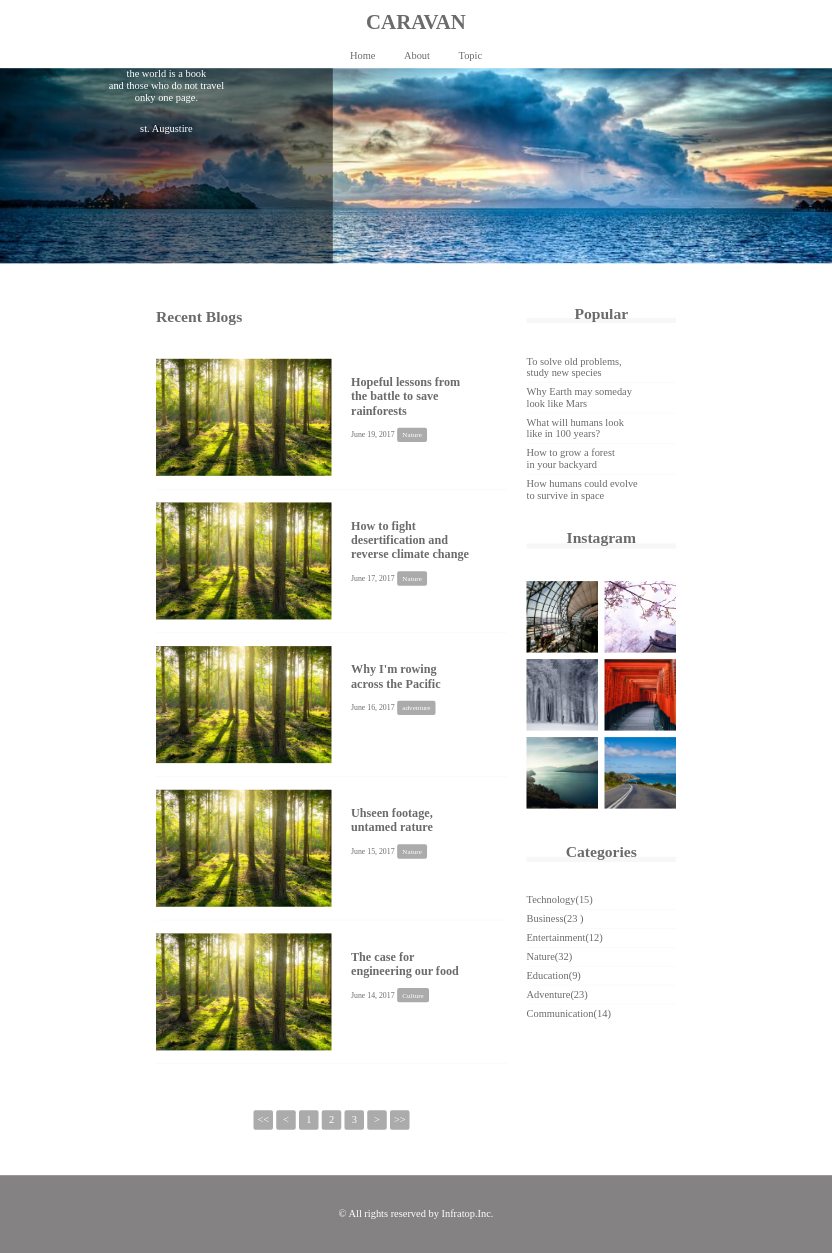
Repository: ishidaryu/ishidaryu
Page: caravan/index.html
The author's editor kept a record of every edit. The page is drawn from the files as they stood at one moment, then again after the next edit.
The browser window is 1280 px wide. The pictures show the whole page, at 65% of full size.

Above is the page before.

After the next edit:
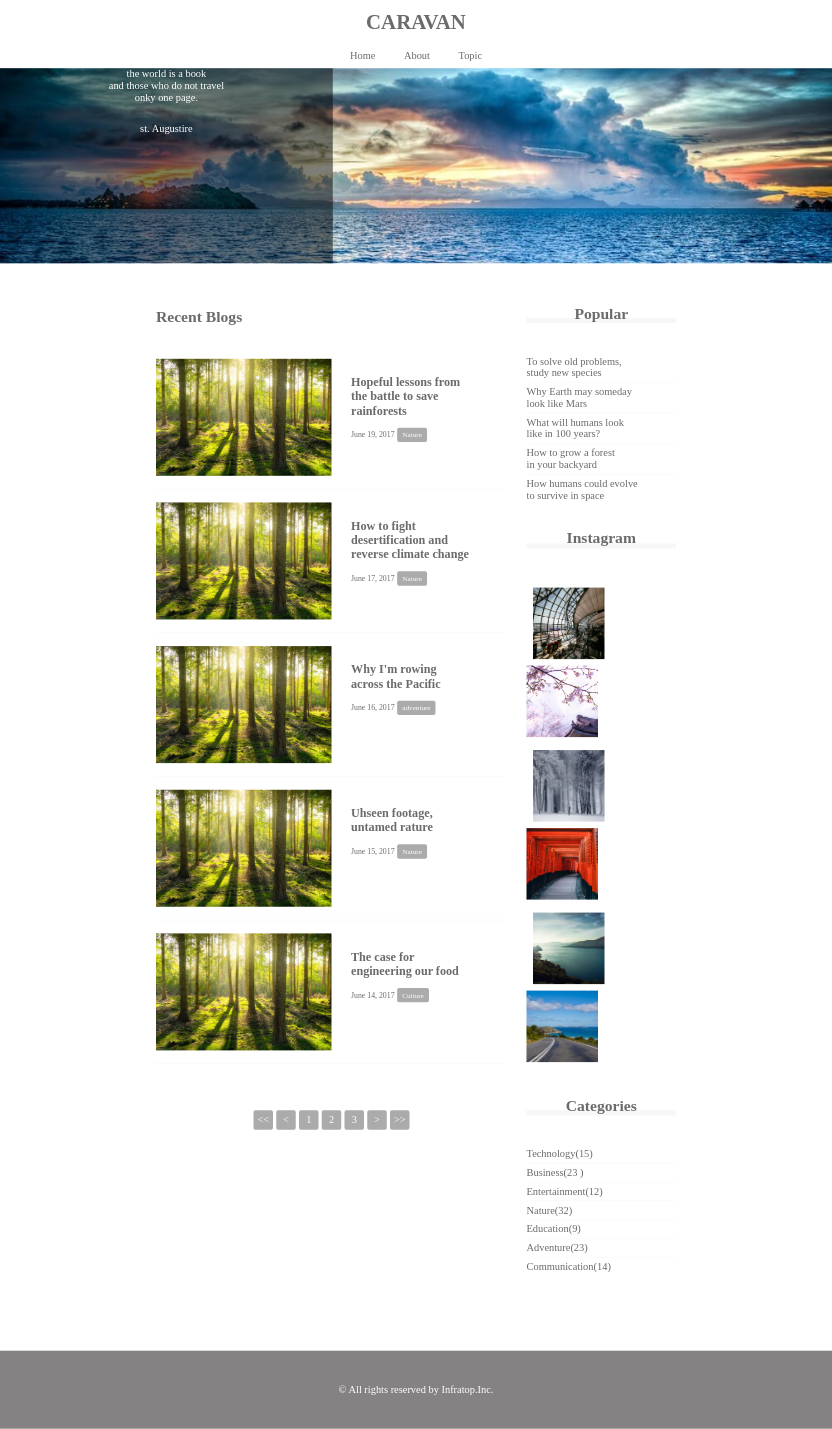
The edit:
--- a/caravan/style.css
+++ b/caravan/style.css
@@ -169,7 +169,7 @@
 }
 
 .instagram-box:nth-child(odd) {
-  margin: 0 10px 10px 0;
+  margin: 10px;
 }
 
 .instagram-box:nth-child(1) {
